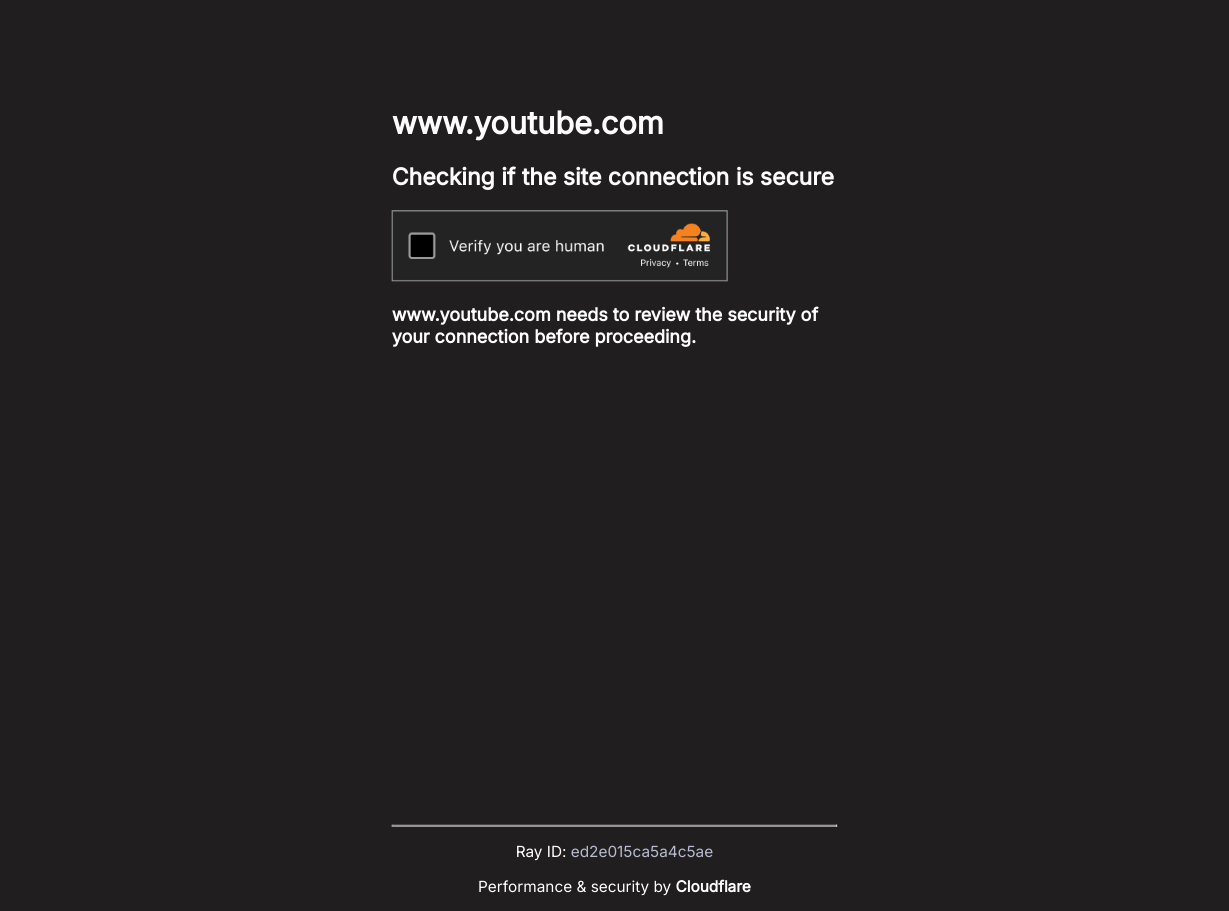
Repository: estech321/CAPTCHA-RickRoll
Page: index.html
An editor plug-in stored every save of this project. The page is shown before and after the next save, followed by the edit.
The browser window is 1280 px wide. The pictures show the whole page, at 96% of full size.

Above is the page before, as saved 2023-12-29 23:59:14.

### index.html
<!DOCTYPE html>
<html>
<head>
    <meta charset="UTF-8" />
    <title>Just a moment...</title>
    <link rel="preconnect" href="https://fonts.googleapis.com">
    <link rel="preconnect" href="https://fonts.gstatic.com" crossorigin>
    <link href="https://fonts.googleapis.com/css2?family=Inter&display=swap" rel="stylesheet">
    <style>
        body {
            font-family: 'Inter', sans-serif;
            color: rgb(255, 255, 255);
            background-color: #201E1E;
            padding-right: 400px;
            padding-left: 400px;
        }
        main {
            padding-top: 80px;
            padding-bottom: 50px;
        }
        footer {
            margin-bottom: 0%;
        }
        blue {
            color: #B8BCD1;
        }
        /* Solid border */
        hr.solid {
        border-top: 1px solid #bbb;
        }
    </style>
</head>
<body>
    <main>
        <h1>www.youtube.com</h1>
        <h2>Checking if the site connection is secure</h2>
        <a href="https://bit.ly/rryt"><img src="verify.png" width="350" height="auto"/></a>
        <h3>www.youtube.com needs to review the security of your connection before proceeding.</h3>
    </main>
    <footer>
        <center>
            <br><br><br><br><br><br><br><br><br><br><br><br><br><br><br><br><br><br><br><br><br>
            <hr class="solid">
            <p>Ray ID: <blue>ed2e015ca5a4c5ae</blue></p>
            <p>Performance & security by <strong>Cloudflare</strong></p>
        </center>
    </footer>
</body>
</html>

After the next save:
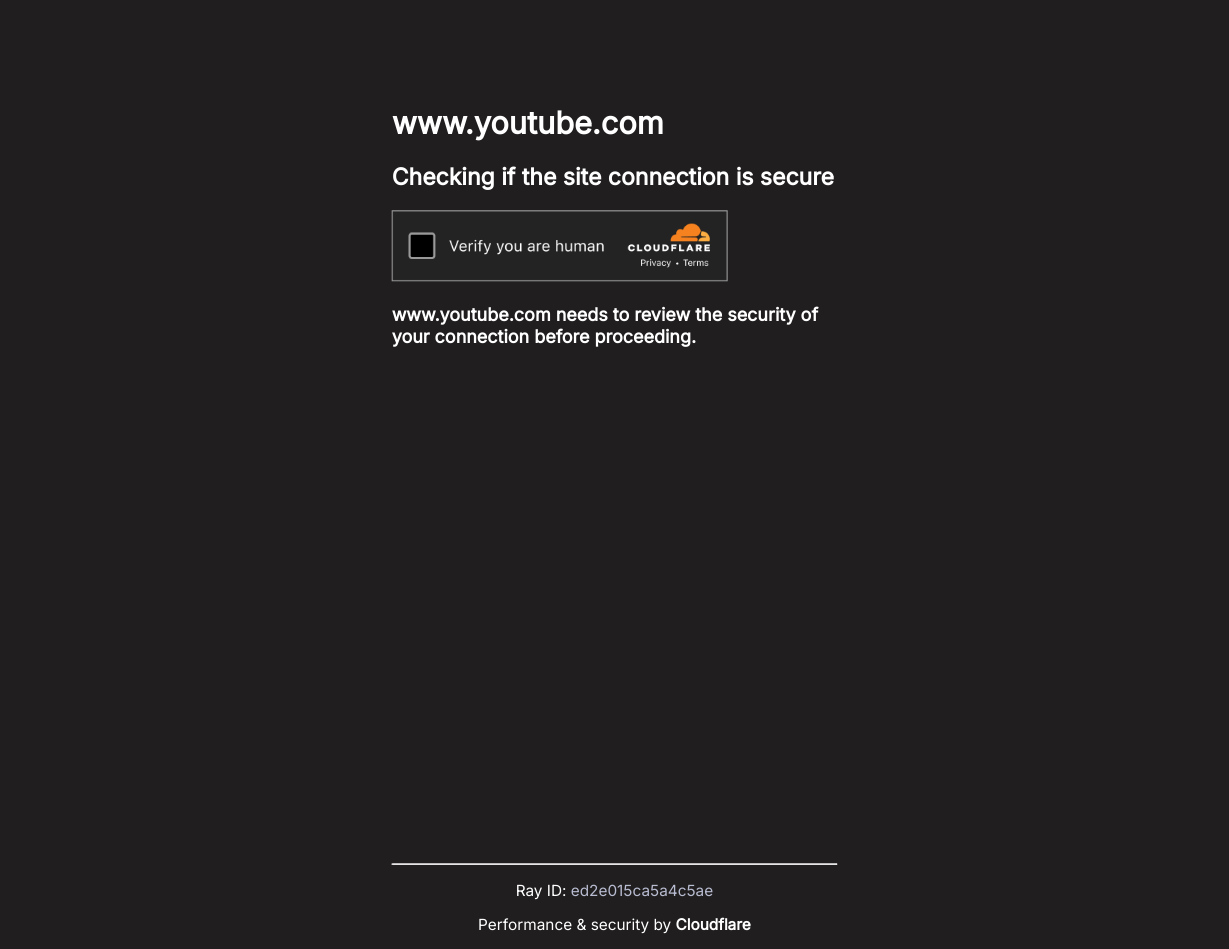
Saved 5 s later.
--- a/index.html
+++ b/index.html
@@ -39,7 +39,7 @@
     </main>
     <footer>
         <center>
-            <br><br><br><br><br><br><br><br><br><br><br><br><br><br><br><br><br><br><br><br><br>
+            <br><br><br><br><br><br><br><br><br><br><br><br><br><br><br><br><br><br><br><br><br><br><br>
             <hr class="solid">
             <p>Ray ID: <blue>ed2e015ca5a4c5ae</blue></p>
             <p>Performance & security by <strong>Cloudflare</strong></p>
